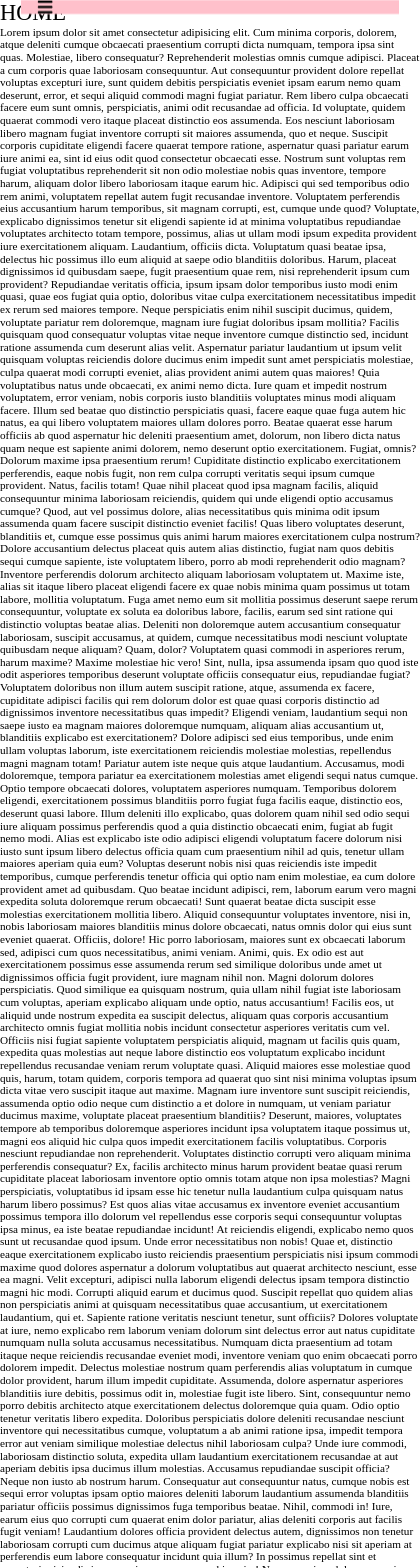
Repository: RalucaZota/cakeshop
Page: /
These files come from the project's save history. The page is drawn as it stood at one moment and after the next save; the edit follows.
The browser window is 600 px wide. The pictures show the part of the page from y = 0 to 2240 px (the page is 15427 px tall), at 70% of full size.
The project was rebuilt for these pictures with package versions that can differ from the ones it lists, and the page was loaded fresh each time. Also part of the build but not shown: vite.config.js, src/views/Products.vue, src/views/About.vue, src/views/Contact.vue.

Above is the page before, as saved 2023-06-03 17:54:35.

After the next save:
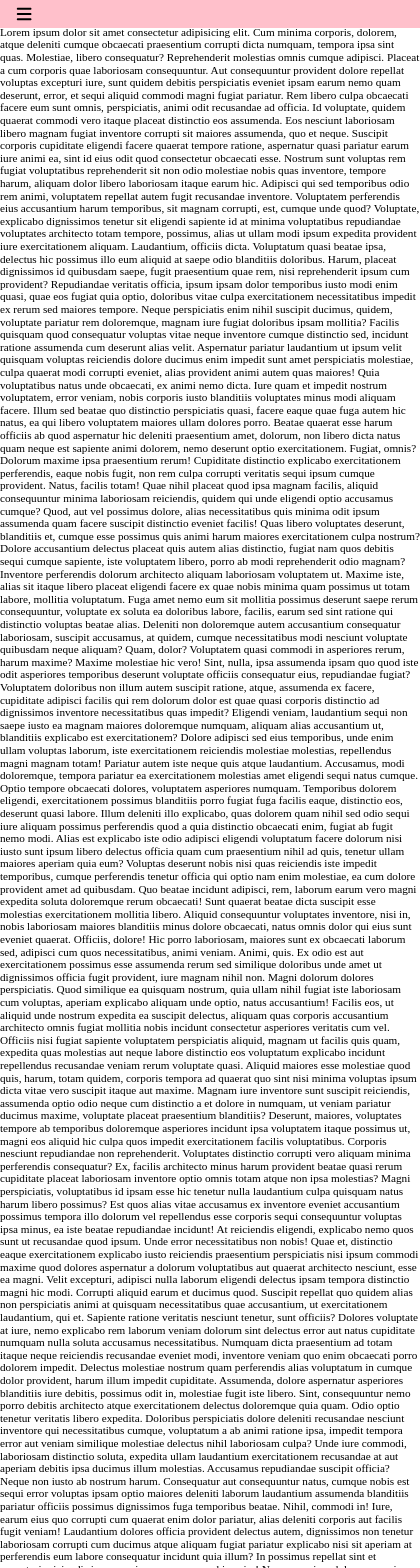
Saved 4 min 38 s later.
--- a/src/styles/Navbar.scss
+++ b/src/styles/Navbar.scss
@@ -21,6 +21,10 @@ header{
 
         @media (min-width: 1140px) {
             max-width: 1140px;
+        }
+        @media (max-width: 749px) {
+            width: 100%;
+            padding: 20px;
         }
         ul,
         .link {
